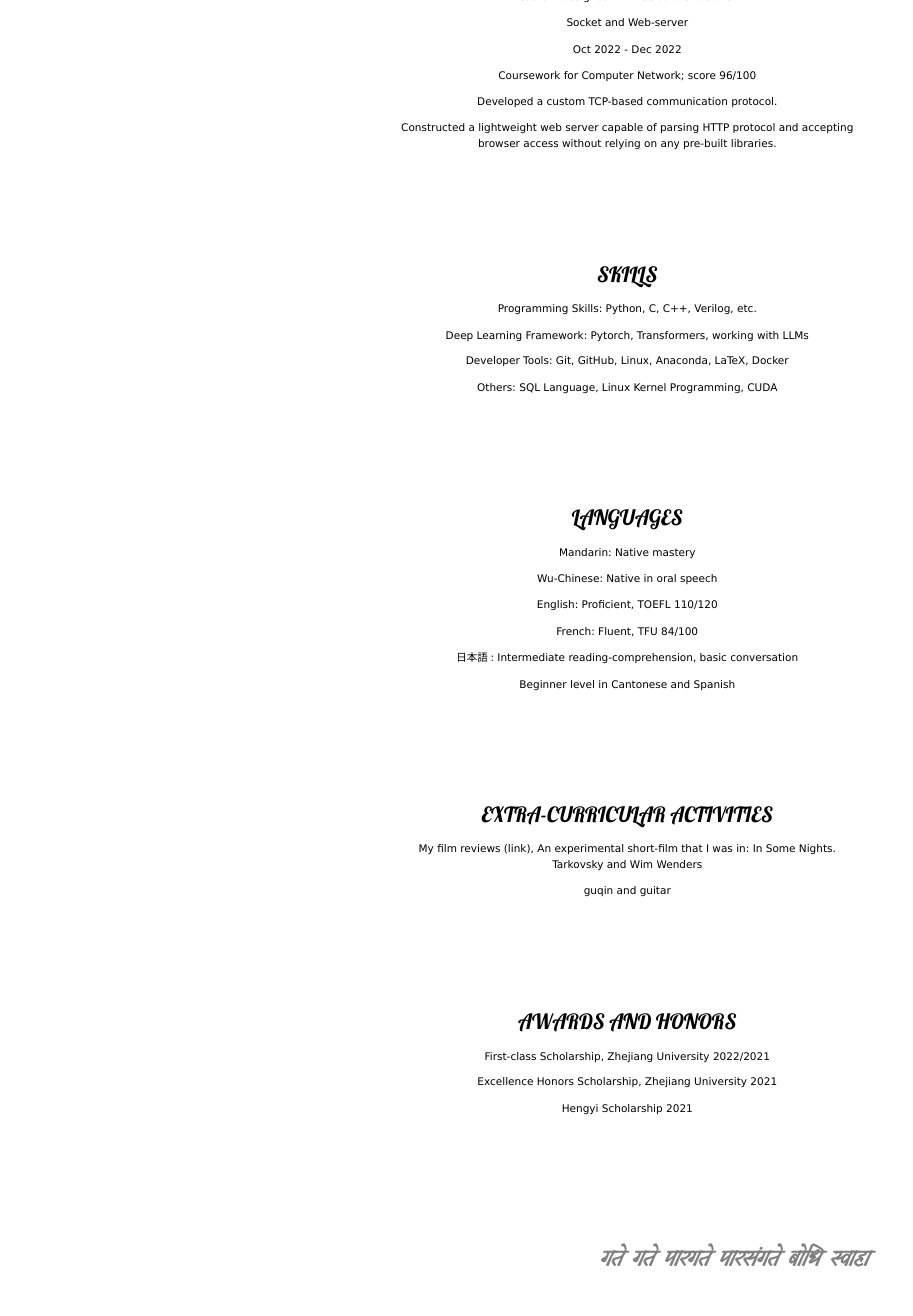
Repository: Ej-zhou/ej-zhou.github.io
Page: index.html
The author's editor kept a copy of each file at every save. The page is drawn from the files as they stood at one save, then again after the next save.
The browser window is 1280 px wide. The page is 1304 px wide, so the pictures cover 1304 px, including what lies to the right of the window. The pictures show the part of the page from y = 4151 to 6031 px (the page is 6277 px tall), at 70% of full size.
Some web fonts or font styles are not loaded; a fallback is used.

Above is the page before, as saved 2023-08-12 15:28:44.

### index.html
<!DOCTYPE html>

<html>
<head>
<title>
     Zhou, Ej
    </title>
<meta charset="utf-8"/>
<meta content="width=device-width, initial-scale=1" name="viewport"/>
<link href="https://www.w3schools.com/w3css/4/w3.css" rel="stylesheet"/>
<link href="https://fonts.googleapis.com/css?family=Lobster" rel="stylesheet"/>
<link href="https://cdnjs.cloudflare.com/ajax/libs/font-awesome/4.7.0/css/font-awesome.min.css" rel="stylesheet"/>
<link href="https://fonts.googleapis.com/css2?family=Noto+Sans+SC&amp;display=swap" rel="stylesheet"/>
<style>
     /* body, h1, h2, h3, h4, h5, h6 {font-family: "Lobster", sans-serif} */
     h1, h2, h3, h4, h5, h6 {font-family: "Lobster", sans-serif}
     .w3-row-padding img {margin-bottom: 12px}
     /* .bgimg {
       background-position: center;
       background-repeat: no-repeat;
       background-size: cover;
       background-image: url('https://www.w3schools.com/w3images/profile_girl.jpg');
       min-height: 100%;
     } */
    @font-face {
      font-family: 'YanShiFoXiTi';
      src: url('fonts/YanShiFoXiTi/Slidefu-Regular-2.ttf'); /* Change the extension to match your file */
    }

    @font-face {
    font-family: 'Aakar Regular';
    src: url('fonts/Aakar Regular/Aakar Regular.ttf') format('truetype'); /* Update the path if needed */
    }

    @font-face {
        font-family: 'vesper_libre';
        src: url("fonts/Vesper_Libre/VesperLibre-Bold.ttf");
    }

    @font-face {
        font-family: 'kalam';
        src: url("fonts/Kalam/Kalam-Bold.ttf");
    }


    @font-face {
        font-family: 'Kurale';
        src: url("fonts/Kurale/Kurale-Regular.ttf");
    }

    @font-face {
        font-family: "Tillana";
        src: url("fonts/Tillana/Tillana-Regular.ttf");
    }


    @font-face {
        font-family: "hentaigana";
        src: url('fonts/Yuji_Hentaigana_Akebono/YujiHentaiganaAkebono-Regular.ttf');
    }

     .chinese {
      font-family: 'YanShiFoXiTi', sans-serif;
    }

    .japanese {
        font-family: 'hentaigana';
    }

    .sanskrit {
        font-family: 'Tillana';
        font-size: 33px; /* Set the font size to your desired value */
        font-style: italic;
        font-weight: bold; /* Make the text bold */
        text-align: right; /* Center align the text */
        display: block; /* Make the span a block element to occupy the full width */
        margin: 10px 0; /* Add some margin to separate it from other elements */
        color: gray; /*Set the color to your preference*/
    }
  /* Other CSS rules */

    /* Style for the sidebar container */
    .sidebar {
    width: 600px; /* Same as the desired image width */
    position: fixed; /* Fixed position */
    top: 0; /* Align with the top of the viewport */
    height: 100%; /* Full height */
    overflow: auto; /* Enable scrolling inside the sidebar */
    display: flex; /* Enable flexbox for centering */
    align-items: center; /* Center vertically */
    justify-content: center; /* Center horizontally */
    }

    /* Style for the image container */
    .image-container {
    width: 100%; /* Take up full width of the sidebar */
    text-align: left; /* Center the image horizontally */
    }



    .question-mark {
      cursor: pointer;
      font-weight: bold;
      color: gray; /* Change the color as needed */
      font-size: 40%; /* Adjust the font size to make it smaller */
      vertical-align: top; /* Display the question mark as a superscript */
    }

    .tooltip {
    display: none;
    position: absolute;
    background-color: #f9f9f9;
    padding: 5px;
    border: 1px solid #ccc;
    border-radius: 4px;
    box-shadow: 2px 2px 5px rgba(0, 0, 0, 0.1);
    font-size: 20%; /* Set to the desired font size */
    font-weight: normal; /* Set the font weight to normal */
    font-style: normal; /* Set the font style to normal */
    font-family: "Times New Roman", serif /* Set the desired font family */
    }


</style>
</head>
<!-- <body><div class="sidebar"><div class="image-container"><img alt="here should be a photo" height="400" src="pics/IMG_2185.JPG" width="600"/></div></div> -->
<body><div class="sidebar"><div class="image-container"><img alt="here should be a photo"  src="pics/photo.jpeg" width="550"/></div></div>
<!-- Sidebar with image -->
<!-- <nav class="w3-sidebar w3-hide-medium w3-hide-small" style="width:40%"> -->
<!-- <div class="bgimg"> -->
<!-- </div> -->
<!-- </nav> -->
<!-- Hidden Sidebar (reveals when clicked on menu icon)-->
<!-- <nav class="w3-sidebar w3-black w3-animate-right w3-xxlarge" id="mySidebar" style="display:none;padding-top:150px;right:0;z-index:2">
   <a class="w3-button w3-black w3-xxxlarge w3-display-topright" href="javascript:void(0)" onclick="closeNav()" style="padding:0 12px;">
    <i class="fa fa-remove">
    </i>
   </a>
   <div class="w3-bar-block w3-center">
    <a class="w3-bar-item w3-button w3-text-grey w3-hover-black" href="#" onclick="closeNav()">
     Home
    </a>
    <a class="w3-bar-item w3-button w3-text-grey w3-hover-black" href="#portfolio" onclick="closeNav()">
     Portfolio
    </a>
    <a class="w3-bar-item w3-button w3-text-grey w3-hover-black" href="#about" onclick="closeNav()">
     About
    </a>
    <a class="w3-bar-item w3-button w3-text-grey w3-hover-black" href="#contact" onclick="closeNav()">
     Contact
    </a>
   </div>
  </nav> -->

<!-- Page Content -->
<div class="w3-main w3-padding-large" style="margin-left:40%">
<!-- Menu icon to open sidebar -->
<span class="w3-button w3-top w3-white w3-xxlarge w3-text-grey w3-hover-text-black" onclick="openNav()" style="width:auto;right:0;">
<i class="fa fa-bars">
</i>
</span>
<!-- Header -->
<header class="w3-container w3-center" id="home" style="padding:128px 16px">

<h1 class="w3-jumbo">
    <b> <span class="chinese">周逸杰</span>           </b>
</h1>



<h1 class="w3-jumbo">
<b>
        ZHOU, EJ
      </b>
      <span class="question-mark">?</span>
      <span class="tooltip">
        My given name is <i>Yijie</i>, and my family name <i>Zhou</i>. <i>Ej</i> is my preferred name, and <b>we</b> put our family name in the front.
      </span>




</h1>
<p>
     Where shall I begin...
    </p>
<!-- <img class="w3-image w3-hide-large w3-hide-small w3-round" src="https://www.w3schools.com/w3images/profile_girl.jpg" style="display:block;width:60%;margin:auto;"/> -->
<!-- <img class="w3-image w3-hide-large w3-hide-medium w3-round" height="1333" src="https://www.w3schools.com/w3images/profile_girl.jpg" width="1000">
<button class="w3-button w3-light-grey w3-padding-large w3-margin-top">
<i class="fa fa-download">
</i>
      CV
    </button>
</img></header> -->
<!-- Portfolio Section -->
<!-- <div class="w3-padding-32 w3-content" id="portfolio">
    <h2 class="w3-text-grey">
     My Portfolio
    </h2>
    <hr class="w3-opacity"/> -->
<!-- Grid for photos -->
<!-- <div class="w3-row-padding" style="margin:0 -16px"> -->
<!-- <div class="w3-half">
      <img src="https://www.w3schools.com/w3images/wedding.jpg" style="width:100%"/>
      <img src="https://www.w3schools.com/w3images/rocks.jpg" style="width:100%"/>
      <img src="https://www.w3schools.com/w3images/sailboat.jpg" style="width:100%"/>
     </div>
     <div class="w3-half">
      <img src="https://www.w3schools.com/w3images/underwater.jpg" style="width:100%"/>
      <img src="https://www.w3schools.com/w3images/chef.jpg" style="width:100%"/>
      <img src="https://www.w3schools.com/w3images/wedding.jpg" style="width:100%"/>
      <img src="https://www.w3schools.com/w3images/p6.jpg" style="width:100%"/>
     </div> -->
<!-- End photo grid -->
<!-- </div> -->
<!-- End Portfolio Section -->
<!-- </div> -->
<!-- About Section -->
<div class="w3-content w3-justify w3-text-grey w3-padding-32" id="about">
<h2>
     About
    </h2>
<hr class="w3-opacity"/>
<p>
    I am an undergraduate student in Zhejiang Unviersity. I am interested in NLP and AI. I am currently working on a project about building a corpus for cross-lingual summarization. I am also interested in the intersection of NLP and other fields, such as psychology and philosophy. I am also interested in the application of NLP in the field of education. I am currently working on a project about building a corpus for cross-lingual summarization. I am also interested in the intersection of NLP and other fields, such as psychology and philosophy. I am also interested in the application of NLP in the field of education. I am currently working on a project about building a corpus for cross-lingual summarization. I am also interested in the intersection of NLP and other fields, such as psychology and philosophy. I am also interested in the application of NLP in the field of education.
    </p>
<h3 class="w3-padding-16">
<!-- My Skills
    </h3>
    <p class="w3-wide">
     Photography
    </p>
    <div class="w3-light-grey">
     <div class="w3-container w3-center w3-padding-small w3-dark-grey" style="width:95%">
      95%
     </div>
    </div>
    <p class="w3-wide">
     Web Design
    </p>
    <div class="w3-light-grey">
     <div class="w3-container w3-center w3-padding-small w3-dark-grey" style="width:85%">
      85%
     </div>
    </div>
    <p class="w3-wide">
     Photoshop
    </p>
    <div class="w3-light-grey">
     <div class="w3-container w3-center w3-padding-small w3-dark-grey" style="width:80%">
      80%
     </div>
    </div>
    <br/>
    <div class="w3-row w3-center w3-dark-grey w3-padding-16 w3-section">
     <div class="w3-quarter w3-section">
      <span class="w3-xlarge">
       14+
      </span> -->
<!-- <br/>
      Partners
     </div>
     <div class="w3-quarter w3-section">
      <span class="w3-xlarge">
       55+
      </span>
      <br/>
      Projects Done
     </div>
     <div class="w3-quarter w3-section">
      <span class="w3-xlarge">
       89+
      </span>
      <br/>
      Happy Clients
     </div>
     <div class="w3-quarter w3-section">
      <span class="w3-xlarge">
       150+
      </span>
      <br/>
      Meetings
     </div>
    </div>
    <button class="w3-button w3-light-grey w3-padding-large w3-section">
     <i class="fa fa-download">
     </i>
     Download Resume -->
<!-- </button> -->
<!-- Testimonials -->
<!-- <h3 class="w3-padding-24">
     My Reputation
    </h3>
    <img alt="Avatar" class="w3-left w3-circle w3-margin-right" src="https://www.w3schools.com/w3images/avatar_smoke.jpg" style="width:80px"/>
    <p>
     <span class="w3-large w3-text-black w3-margin-right">
      Chandler Bing.
     </span>
     Web Designer.
    </p>
    <p>
     Jane Doe is just awesome. I am so happy to have met her!
    </p>
    <br/>
    <img alt="Avatar" class="w3-left w3-circle w3-margin-right" src="https://www.w3schools.com/w3images/bandmember.jpg" style="width:80px"/>
    <p>
     <span class="w3-large w3-text-black w3-margin-right">
      Chris Fox.
     </span>
     CEO at Mighty Schools.
    </p>
    <p>
     Jane Doe saved us from a web disaster.
    </p>
    <br/>
    <img alt="Avatar" class="w3-left w3-circle w3-margin-right" src="https://www.w3schools.com/w3images/avatar_g2.jpg" style="width:80px"/>
    <p>
     <span class="w3-large w3-text-black w3-margin-right">
      Rebecca Flex.
     </span>
     CEO at Company.
    </p>
    <p>
     No one is better than Jane Doe.
    </p>
    <br/> -->
<!-- Grid for pricing tables -->
<!-- End About Section -->
<!-- </div> -->
<!--
  <script>
   // Open and close sidebar
function openNav() {
  document.getElementById("mySidebar").style.width = "60%";
  document.getElementById("mySidebar").style.display = "block";
}

function closeNav() {
  document.getElementById("mySidebar").style.display = "none";
}
  </script>
  <div class="w3-container w3-padding-64 w3-center"> -->

<br><br><br><br>
<!-- <h1 class="w3-jumbo">
    <b> <span class="chinese">若以色见我，以音声求我，是人行邪道，不能见如来。</span>           </b>
</h1> -->

<!-- <h1 class="w3-jumbo">
    <b> <span class="chinese">凡所有相，皆是虚妄。<br> 若见诸相非相，即见如来。</span>           </b>
</h1> -->

<h1 class="w3-jumbo">
    <b> <span class="chinese">远离颠倒梦想，究竟涅槃。</span>           </b>
</h1>

<!--
<h1 class="w3-jumbo">
    <b> <span class="chinese">无苦、集、灭、道，无智亦无得</span>           </b>
</h1>  -->


<p>
</p>
</h3></div>
<div class="w3-container w3-padding-64 w3-center">
<h2>
    EDUCATION BACKGROUND
   </h2>
   <hr class="w3-opacity"/>
<p>
    College of Computer Science and Technology Hangzhou, China &amp; CKC Honors College, Zhejiang University
   </p>
<p>
    Sept 2020 - Jun 2024(Expected)
   </p>
<p>
    Bachelor of Science in Computer Science
   </p>
<p>
    Overall GPA: 3.99/4.0; 91.19/100 Major GPA: 4.0/4.0
   </p>
<p>
    GRE: 330 + AW4.0
   </p>
<p>
    WestLake NLP Lab, Westlake University Hangzhou, China
   </p>
<p>
    Research Internship &amp; Visiting Student Sept 2022 - Jan 2023
   </p>
<p>
    College of Engineering, Cornell University Ithaca, NY
   </p>
<p>
    Exchange Student Jan 2023 - May 2023
   </p>
s   <p>
    Courses include: Computational Linguistics, Language and Information, Historical Linguistics
   </p>
</div>



<div class="w3-container w3-padding-64 w3-center">
<h2>
    EXPERIENCE
   </h2>
<p>
    Hangzhou City Brain
   </p>
<p>
    Sept 2022 - Aug 2022
   </p>
<p>
    Internship Hangzhou, China
   </p>
<p>
    Assisted in the maintenance of the Integrated Resources System working on database systems.
   </p>
<p>
    Westlake University
   </p>
<p>
    Sept 2022 - Feb 2023
   </p>
<p>
    Project: Building ConvSumX, an XLS corpus
   </p>
<p>
    Hangzhou, China
   </p>
<p>
    Research Intern in WestLake NLP Lab Advisor: Yue Zhang
   </p>
<p>
    Spearheaded the Corpus-Annotation and Corpus-Evaluation team in the creation of the corpus.
   </p>
<p>
    Conducted experiments by fine-tuning mBART model using various corpora on NVIDIA A100 GPUs.
   </p>
<p>
    Delivered comprehensive analysis of both existing XLS corpora and experimental outcomes
   </p>
<p>
    Paper Writing
   </p>
<p>
    Cornell University
   </p>
<p>
    Feb 2023 - Apr 2023
   </p>
<p>
    Project: Persuasive Chatbot
   </p>
<p>
    Ithaca, NY
   </p>
<p>
    Developed an automated chatbot capable of detecting factual inaccuracies during conversations, and providing accurate information supported by evidence
   </p>
</div>



<div class="w3-container w3-padding-64 w3-center">
<h2>
    PUBLICATION
   </h2>
<p>
    [1] Yulong Chen, Huajian Zhang, Yijie Zhou, Xuefeng Bai, Yueguan Wang, Ming Zhong, Jianhao Yan, Yafu Li, Judy Li, Michael Zhu and Yue Zhang:
   </p>
<p>
    Revisiting Cross-Lingual Summarization: A Corpus-based Study and A New Benchmark with Improvement Annotation, submitted to ACL 2023
   </p>
</div>
<div class="w3-container w3-padding-64 w3-center">
<h2>
    AWARDS AND COMPETITIONS
   </h2>
<p>
    Zhejiang Lab Cup Global AI Competition, Third Prize
   </p>
<p>
    Oct 2021
   </p>
<p>
    Hangzhou, China
   </p>
<p>
    Zhejiang University Programming Contest, Third Prize
   </p>
<p>
    Oct 2021
   </p>
<p>
    Hangzhou, China
   </p>
</div>
<div class="w3-container w3-padding-64 w3-center">
<h2>
    SELECTED COURSE-WORKS
   </h2>
<p>
    Parallel Computing and Neural Networks
   </p>
<p>
    Jul 2021 - Aug 2021
   </p>
<p>
    Coursework for Integrate Practice for Courses I: Supercomputing; score 97/100
   </p>
<p>
    Enhanced GEMM performance by over 100x using OpenMP and MPI on a computing cluster.
   </p>
<p>
    Developed a CNN from scratch using PyTorch for handwriting recognition and object recognition.
   </p>
<p>
    Mini-SQL GitHub
   </p>
<p>
    May 2022 - Jun 2022
   </p>
<p>
    Coursework for Database System; score 98/100
   </p>
<p>
    Developed a compact single-user SQL engine (DBMS) supporting fundamental database operations and implemented an index-manager for record handling using a custom-designed B+-tree data structure.
   </p>
<p>
    Socket and Web-server
   </p>
<p>
    Oct 2022 - Dec 2022
   </p>
<p>
    Coursework for Computer Network; score 96/100
   </p>
<p>
    Developed a custom TCP-based communication protocol.
   </p>
<p>
    Constructed a lightweight web server capable of parsing HTTP protocol and accepting browser access without relying on any pre-built libraries.
   </p>
</div>
<div class="w3-container w3-padding-64 w3-center">
<h2>
    SKILLS
   </h2>
<p>
    Programming Skills: Python, C, C++, Verilog, etc.
   </p>
<p>
    Deep Learning Framework: Pytorch, Transformers, working with LLMs
   </p>
<p>
    Developer Tools: Git, GitHub, Linux, Anaconda, LaTeX, Docker
   </p>
<p>
    Others: SQL Language, Linux Kernel Programming, CUDA
   </p>
</div>
<div class="w3-container w3-padding-64 w3-center">
<h2>
    LANGUAGES
   </h2>
<p>
    Mandarin: Native mastery
   </p>
<p>
    Wu-Chinese: Native in oral speech
   </p>
<p>
    English: Proficient, TOEFL 110/120
   </p>
<p>
    French: Fluent, TFU 84/100
   </p>
<p>
    <span class="japanese"> 日本語 </span>: Intermediate reading-comprehension, basic conversation
   </p>
<p>
    Beginner level in Cantonese and Spanish
   </p>
</div>
<div class="w3-container w3-padding-64 w3-center">
<h2>
    EXTRA-CURRICULAR ACTIVITIES
   </h2>
<p>
    My film reviews (link), An experimental short-film that I was in: In Some Nights. Tarkovsky and Wim Wenders
   </p>
<p>
    guqin and guitar
   </p>
</div>
<div class="w3-container w3-padding-64 w3-center">
<h2>
    AWARDS AND HONORS
   </h2>
<p>
    First-class Scholarship, Zhejiang University 2022/2021
   </p>
<p>
    Excellence Honors Scholarship, Zhejiang University 2021
   </p>
<p>
    Hengyi Scholarship 2021
   </p>
</div>

<!-- Contact Section -->


<!-- <div class="w3-padding-32 w3-content w3-text-grey" id="contact" style="margin-bottom:64px">
<h2>
       Contact Me
      </h2>
<hr class="w3-opacity"/>
<div class="w3-section">
<p>
<i class="fa fa-map-marker fa-fw w3-xxlarge w3-margin-right">
</i>
        New Haven, CT
       </p>
<p>
<i class="fa fa-phone fa-fw w3-xxlarge w3-margin-right">
</i>
        Phone: +1 (607) 327-2411 / +86 188-0671-8188
       </p>
<p>
<i class="fa fa-envelope fa-fw w3-xxlarge w3-margin-right">
</i>
        Email: e.j.zhou@zju.edu.cn / yz2876@cornell.edu
       </p> -->
<br><br><br><br>
<b> <span class="sanskrit">गते गते पारगते पारसंगते बोधि स्वाहा</span>           </b>


</div>
<!-- Image of location/map -->
<!-- <img class="w3-image w3-greyscale" src="https://www.w3schools.com/w3images/map.jpg" style="width:100%;margin:32px 0"/> -->
<!-- <p>
       Lets get in touch. Send me a message:
      </p> -->
<!-- <form action="/action_page.php" target="_blank"> -->
<!-- <p>
<input class="w3-input w3-padding-16 w3-border" name="Name" placeholder="Name" required="" type="text"/>
</p>
<p>
<input class="w3-input w3-padding-16 w3-border" name="Email" placeholder="Email" required="" type="text"/>
</p>
<p>
<input class="w3-input w3-padding-16 w3-border" name="Subject" placeholder="Subject" required="" type="text"/>
</p>
<p>
<input class="w3-input w3-padding-16 w3-border" name="Message" placeholder="Message" required="" type="text"/>
</p>
<p>
<button class="w3-button w3-light-grey w3-padding-large" type="submit">
<i class="fa fa-paper-plane">
</i>
         SEND MESSAGE
        </button>
</p> -->
<!-- </form> -->
<!-- End Contact Section -->


</div>



<!-- Footer. This section contains an ad for W3Schools Spaces. You can leave it to support us. -->

<footer class="w3-container w3-padding-64 w3-light-grey w3-center w3-opacity w3-xlarge" style="margin:-24px">
    <!-- <a href="https://www.facebook.com/yourusername" target="_blank"><i class="fa fa-facebook-official w3-hover-opacity"></i></a> -->
    <!-- <a href="https://www.instagram.com/yourusername" target="_blank"><i class="fa fa-instagram w3-hover-opacity"></i></a> -->
    <!-- <a href="https://www.snapchat.com/yourusername" target="_blank"><i class="fa fa-snapchat w3-hover-opacity"></i></a> -->
    <!-- <a href="https://www.pinterest.com/yourusername" target="_blank"><i class="fa fa-pinterest-p w3-hover-opacity"></i></a> -->
    <a href="https://twitter.com/ej_2876" target="_blank"><i class="fa fa-twitter w3-hover-opacity"></i></a>
    <a href="https://github.com/cyber-e-j" target="_blank"><i class="fa fa-github w3-hover-opacity"></i></a> <!-- GitHub Link -->
    <a href="https://www.linkedin.com/in/ej-zhou-1600a7264/" target="_blank"><i class="fa fa-linkedin w3-hover-opacity"></i></a>
    <!-- <a href="https://scholar.google.com/citations?authuser=1&user=e8yGb7IAAAAJ" target="_blank"><i class="fa-brands fa-google"></i></a> Google Scholar Link -->
    <a href="https://scholar.google.com/citations?authuser=1&user=e8yGb7IAAAAJ" target="_blank"><img width="24" height="24" src="https://img.icons8.com/material-two-tone/384/google-scholar.png" alt="google-scholar" class="w3-hover-opacity" /></a> <!-- Google Scholar Link -->

    <!-- Additional content -->
    <p class="w3-small">
      <!-- This website was made with W3schools Spaces. Make your own free website today! -->
    </p>
    <!-- <a class="w3-button w3-round-xxlarge w3-small w3-dark-grey" href="https://www.w3schools.com/spaces" target="_blank">
       Start now
      </a> -->
    <!-- End footer -->
  </footer>

</div>



<script>
    const questionMark = document.querySelector('.question-mark');
    const tooltip = document.querySelector('.tooltip');

    questionMark.addEventListener('mouseover', () => {
      tooltip.style.display = 'inline-block';
    });

    questionMark.addEventListener('mouseout', () => {
      tooltip.style.display = 'none';
    });

    // Optional: If you want to hide the tooltip when the mouse moves away from it, add the following code
    tooltip.addEventListener('mouseout', () => {
      tooltip.style.display = 'none';
    });
  </script>


</body>

  <!-- END PAGE CONTENT -->
  </html>

After the next save:
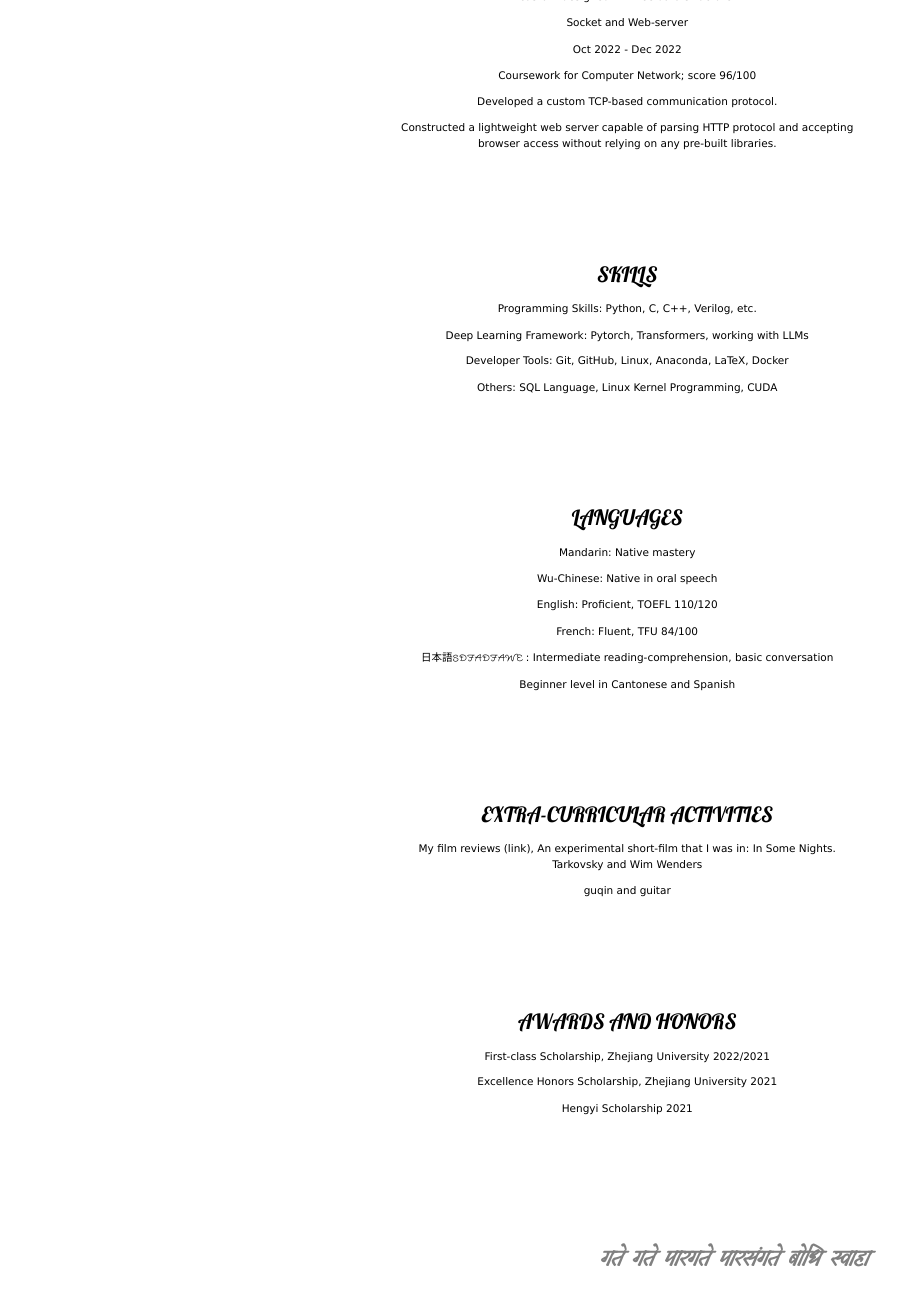
Saved 32 s later.
--- a/index.html
+++ b/index.html
@@ -580,7 +580,7 @@
     French: Fluent, TFU 84/100
    </p>
 <p>
-    <span class="japanese"> 日本語 </span>: Intermediate reading-comprehension, basic conversation
+    <span class="japanese"> 日本語sdfadfawe </span>: Intermediate reading-comprehension, basic conversation
    </p>
 <p>
     Beginner level in Cantonese and Spanish
